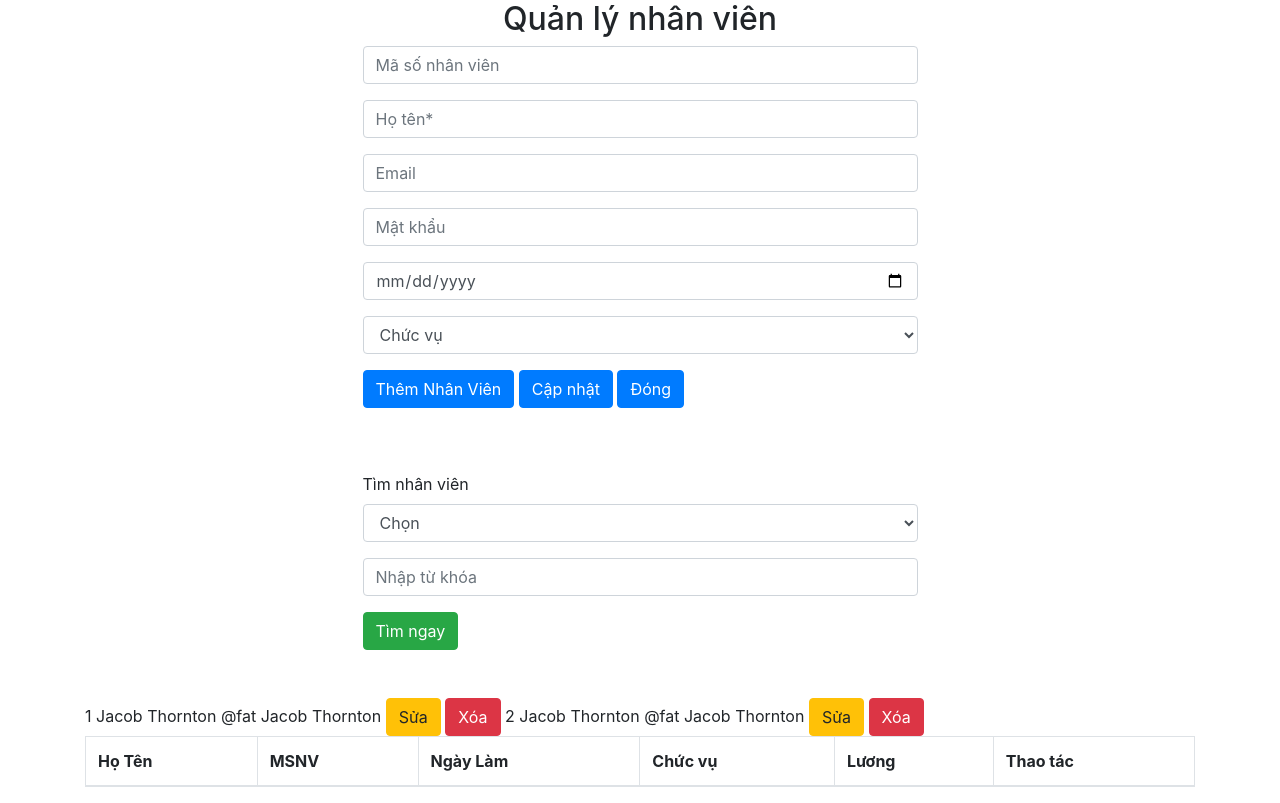
Repository: dovanthao2404/quanlynhanvien
Page: index.html
An editor plug-in stored every save of this project. The page is shown before and after the next save, followed by the edit.
The browser window is 1280 px wide. The pictures show the whole page.

Above is the page before, as saved 2021-06-30 00:43:07.
Console error: TypeError: Cannot read properties of undefined (reading 'length')

### index.html
<!DOCTYPE html>
<html lang="en">

<head>
  <meta charset="UTF-8">
  <meta http-equiv="X-UA-Compatible" content="IE=edge">
  <meta name="viewport" content="width=device-width, initial-scale=1.0">
  <title>Quan Ly Nhan Vien</title>
  <!-- BOOTSTRAP  -->
  <link rel="stylesheet" href="https://cdn.jsdelivr.net/npm/bootstrap@4.6.0/dist/css/bootstrap.min.css"
    integrity="sha384-B0vP5xmATw1+K9KRQjQERJvTumQW0nPEzvF6L/Z6nronJ3oUOFUFpCjEUQouq2+l" crossorigin="anonymous">
  <!-- MAIN CSS -->
  <link rel="stylesheet" href="./css/style.css">
</head>

<body>
  <div class="main">
    <div class="add-staff">
      <div class="container">
        <form>
          <div class="row">
            <div class="col">
              <div class="add-staff__content w-50 mx-auto">
                <div class="add-staff-title">
                  <h2 id="header-title" class="text-center">Quản lý nhân viên</h2>
                </div>
                <div class="form-group">
                  <input type="text" class="form-control" id="msnv" placeholder="Mã số nhân viên">
                  <span id="thongBaoMNV" class="sp-thongbao text-danger"></span>
                </div>
                <div class="form-group">
                  <input type="text" class="form-control" id="hoTen" placeholder="Họ tên*">
                  <span id="thongBaoHo" class="sp-thongbao text-danger"></span>
                </div>
                <div class="form-group">
                  <input type="text" class="form-control" id="email" placeholder="Email">
                  <span id="thongBaoMNV" class="sp-thongbao text-danger"></span>
                </div>
                <div class="form-group">
                  <input type="password" class="form-control" id="matKhau" placeholder="Mật khẩu">
                  <span id="thongBaoMNV" class="sp-thongbao text-danger"></span>

                </div>
                <div class="form-group">
                  <input type="date" class="form-control" id="ngayLam">
                  <span id="thongBaoNgayLam" class="sp-thongbao text-danger"></span>

                </div>
                <div class="form-group">
                  <select id="chucVu" class="form-control">
                    <option selected>Chức vụ</option>
                    <option>Sếp</option>
                    <option>Trưởng Phòng</option>
                    <option>Nhân Viên</option>
                  </select>
                  <span id="thongBaoChucVu" class="sp-thongbao text-danger"></span>

                </div>
                <div class="form-group">

                  <button class="btn btn-primary" type="button" id="btnThemNhanVien">Thêm Nhân Viên</button>
                  <button class="btn btn-primary" type="button" id="btnCapNhat">Cập nhật</button>
                  <button class="btn btn-primary" type="button" id="btnDong">Đóng</button>
                </div>
              </div>
            </div>
          </div>

        </form>
      </div>
    </div>
    <div class="search-staff my-5">
      <div class="container">
        <div class="add-staff__content w-50 mx-auto">
          <div class="form-group">
            <label for="">Tìm nhân viên</label>
            <select id="" class="form-control">
              <option selected>Chọn</option>
              <option>Theo Tên</option>
              <option>Theo mã</option>
            </select>
            <span class="sp-thongbao text-danger"></span>
          </div>
          <div class="form-group">
            <input class="form-control" type="text" placeholder="Nhập từ khóa">
          </div>
          <div class="form-group">
            <input class="btn btn-success" type="button" value="Tìm ngay">
          </div>
        </div>
      </div>
    </div>
  </div>

  <div class="list-staff">
    <div class="container">
      <div id="list-staff__content">
        <table class="table table-bordered">
          <thead>
            <tr>
              <th scope="col">Họ Tên</th>
              <th scope="col">MSNV</th>
              <th scope="col">Ngày Làm</th>
              <th scope="col">Chức vụ</th>
              <th scope="col">Lương</th>
              <th scope="col">Thao tác</th>
            </tr>
          </thead>
          <tboby id="tableDanhSach">

          </tboby>
        </table>
      </div>
    </div>
  </div>
  <!-- BOOSTRAP -->
  <script src="https://code.jquery.com/jquery-3.5.1.slim.min.js"
    integrity="sha384-DfXdz2htPH0lsSSs5nCTpuj/zy4C+OGpamoFVy38MVBnE+IbbVYUew+OrCXaRkfj"
    crossorigin="anonymous"></script>
  <script src="https://cdn.jsdelivr.net/npm/bootstrap@4.6.0/dist/js/bootstrap.bundle.min.js"
    integrity="sha384-Piv4xVNRyMGpqkS2by6br4gNJ7DXjqk09RmUpJ8jgGtD7zP9yug3goQfGII0yAns"
    crossorigin="anonymous"></script>
  <script src="./js/NhanVien.js"></script>
  <script src="js/CongTy.js"></script>
  <script src="js/main.js"></script>
</body>

</html>

### js/NhanVien.js
class NhanVien {

  constructor(maNV, hoTen, email, matKhau, ngayLamViec, chucVu) {
    this.maNV = maNV;
    this.hoTen = hoTen;
    this.email = email;
    this.matKhau = matKhau;
    this.ngayLamViec = ngayLamViec;
    this.chucVu = chucVu;
    this.mangDoiChieu = [this.maNV, this.hoTen, this.email
      , this.matKhau, this.ngayLamViec, this.chucVu];
  }
}

### js/CongTy.js
class CongTy {
  constructor() {
    this.DanhSachNhanVien = [];
  }
  // Phương thức thêm nhân viên mới vào mảng (thuộc tính) DanhSachNhanVien
  ThemNhanVien(nhanVienMoi) {
    this.DanhSachNhanVien = [...this.DanhSachNhanVien, nhanVienMoi];
  }

  // Phước thức tìm nhân viên theo mã nhân viên, trả về vị trí nhân viên trong mảng DanhSachNhanVien
  TimViTriNhanVien(maNV) {
    // return this.DanhSachNhanVien.find(nhanVien => nhanVien.maNV === maNV)
    for (let viTri in this.DanhSachNhanVien) {
      if (this.DanhSachNhanVien[viTri].maNV === maNV) {
        return viTri;
      }
    }
    return -1;
  }

  // Tìm nhân viên theo mã trả về nhân viên
  TimNhanVienTheoMa(maNV) {
    let viTri = this.TimViTriNhanVien(maNV);
    if (viTri != -1) {
      return this.DanhSachNhanVien[viTri];
    } else {
    }
  }

  // Xóa nhân viên theo mã
  XoaNhanVien(maNV) {
    let viTri = this.TimViTriNhanVien(maNV);
    if (viTri != -1) {
      this.DanhSachNhanVien.splice(viTri, 1);
    } else {
    }
  }

  // Sửa nhân viên
  SuaNhanVien(nhanVien) {
    let viTri = this.TimViTriNhanVien(nhanVien.maNV);
    this.DanhSachNhanVien[viTri] = nhanVien;
  }

  // Tìm nhân viên theo tên --> trả về danh sách nhân viên
  TimNhanVienTheoTen(hoTen) {
    let dskq = new CongTy();
    hoTen = hoTen.trim().toUpperCase();
    for (let nhanVien of this.DanhSachNhanVien) {
      let hoTenNV = nhanVien.hoTen.trim().toUpperCase();
      if (hoTenNV.search(hoTen) !== -1) {
        dskq.ThemNhanVien(nhanVien);
      }
    }
    return dskq;
  }
}

### js/main.js
function getEle(ele) {
  return document.getElementById(ele);
}

var congTy = new CongTy();
var nhanVienMoi = new NhanVien('1', "Do Van Thao", 'abc@gmail.com', 'truongthikhanhngan', 'ngayLamViec', 'chucVu');
congTy.ThemNhanVien(nhanVienMoi);
nhanVienMoi = new NhanVien('2', "Truong Thi Khanh Ngan", 'abc@gmail.com', 'truongthikhanhngan', 'ngayLamViec', 'chucVu');
congTy.ThemNhanVien(nhanVienMoi);

// Ham goi modal popup: Them Nhan Vien or Sua thong tin nhan vien
GoiModal = (modal_title, readonly = false, type = 1) => {
  // type = 1: them nhan vien, type = 2: sua thong tin
  getEle('header-title').innerHTML = modal_title;
  getEle('msnv').readonly = readonly;

  switch (type) {
    case 1: //Them nhanVien
      getEle("btnThemNhanVien").style.display = "inline-block";
      getEle("btnCapNhat").style.display = "none";
      getEle("btnDong").style.display = "inline-block";
      break;

    case 2:
      getEle("btnCapNhat").style.display = "inline-block";
      getEle("btnThemNhanVien").style.display = "none";
      getEle("btnDong").style.display = "inline-block";
      break;
  }
}

// Reset form
XoaForm = () => {
  let elements = document.getElementsByTagName('input');
  for (let element of elements) {
    element.value = '';
  }
  document.getElementById('chucVu').selectedIndex = 0;
}

let trangHienThi = 1;
HienThiDanhSach = (dsnv) => {
  let tbody = getEle("tableDanhSach");
  let htmls = '';
  let soNV = dsnv.length;
  for (let i = 0; i < soNV; i++) {
    htmls += `<tr>
      <th scope="row">${dsnv[i].maNV}</th>
      <td>Jacob</td>
      <td>Thornton</td>
      <td>@fat</td>
      <td>Jacob</td>
      <td>Thornton</td>
      <td>
        <button class="btn btn-warning" id="sua">Sửa</button>
        <button class="btn btn-danger" id="xoa">Xóa</button>
      </td>
    </tr>`
  }
  tbody.innerHTML = htmls;
}
HienThiDanhSach(congTy.DanhSachNhanVien);

function xuatRow(dsnv) {
  // var table = document.getElementById('table-body');
  let tbody = getEle("tableDanhSach");
  var htmls = ''
  let soNV = dsnv.length;
  for (let i = 0; i < soNV; i++) {
    htmls += `
    <tr>
      <th scope="row">2</th>
      <td>Jacob</td>
      <td>Thornton</td>
      <td>@fat</td>
    </tr>
    `
  }
  tbody.innerHTML = htmls;
}
xuatRow();

Loaded but not shown: css/style.css (common file)

After the next save:
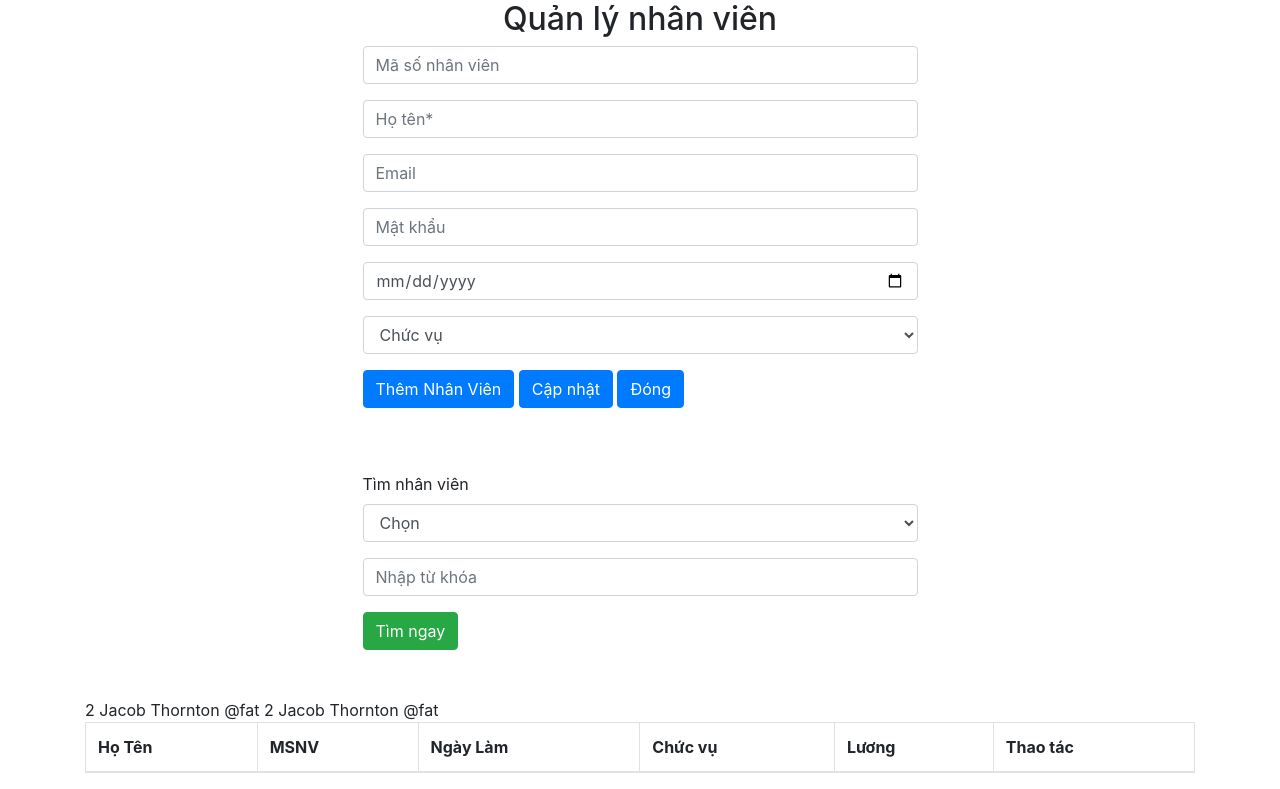
The error is gone.
Saved 64 s later.
--- a/js/main.js
+++ b/js/main.js
@@ -78,4 +78,4 @@ function xuatRow(dsnv) {
   }
   tbody.innerHTML = htmls;
 }
-xuatRow();
+xuatRow(congTy.DanhSachNhanVien);
